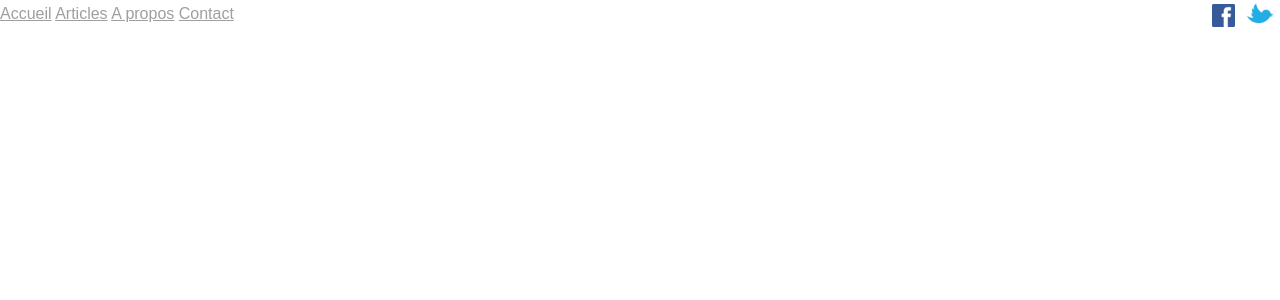
Repository: Elie-Dey/blog-train
Page: index.html
An editor plug-in stored every save of this project. The page is shown before and after the next save, followed by the edit.
The browser window is 1280 px wide. The pictures show the whole page.
The pointer rests on the first visible `.topbar nav a`.

Above is the page before, as saved 2020-06-16 03:18:54.

### index.html
<!DOCTYPE html>
<html lang="en">
<head>
    <meta charset="UTF-8">
    <meta name="viewport" content="width=device-width, initial-scale=1.0">
    <link rel="stylesheet" href="style.css">
    <title>Mon blog</title>
</head>
<body>
    <header class="topbar">
        <nav>
            <a href="index.html">Accueil</a>
            <a href="articles.html">Articles</a>
            <a href="about.html">A propos</a>
            <a href="apropos.html">Contact</a>
        </nav>
        <div class="social">
            <a href="#"> <img src="images/fb.png" alt="Facebook"></a>
            <a href="#"> <img src="images/twitter.png" alt="Twitter"></a>
        </div>
    </header>

</body>
</html>

### style.css
*{
    box-sizing: border-box;
}
body
{
    margin: 0;
    font-size: 16px;
    font-family: sans-serif;
    color: rgba(0, 0, 0, .87);
    line-height: 1.8;
}
.topbar{

    position: fixed;
    top: 0;
    right: 0;
    left: 0;
    width: 100%;
    background-color: white;
}
.topbar nav{
    float: left;
}
.topbar nav a {
    color: #9f9f9f;
}

.topbar .social {
    float: right;
}

After the next save:
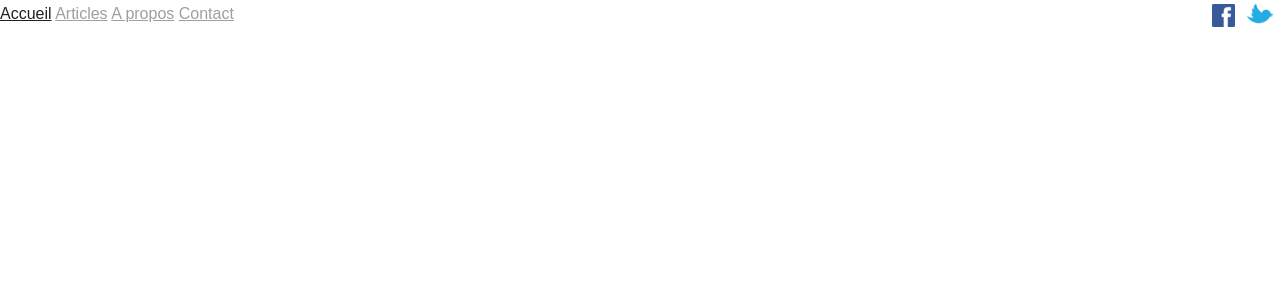
Saved 30 s later.
--- a/style.css
+++ b/style.css
@@ -24,6 +24,9 @@ body
 .topbar nav a {
     color: #9f9f9f;
 }
+.topbar nav a:hover{
+    color:  rgba(0, 0, 0, .87);
+}
 
 .topbar .social {
     float: right;
